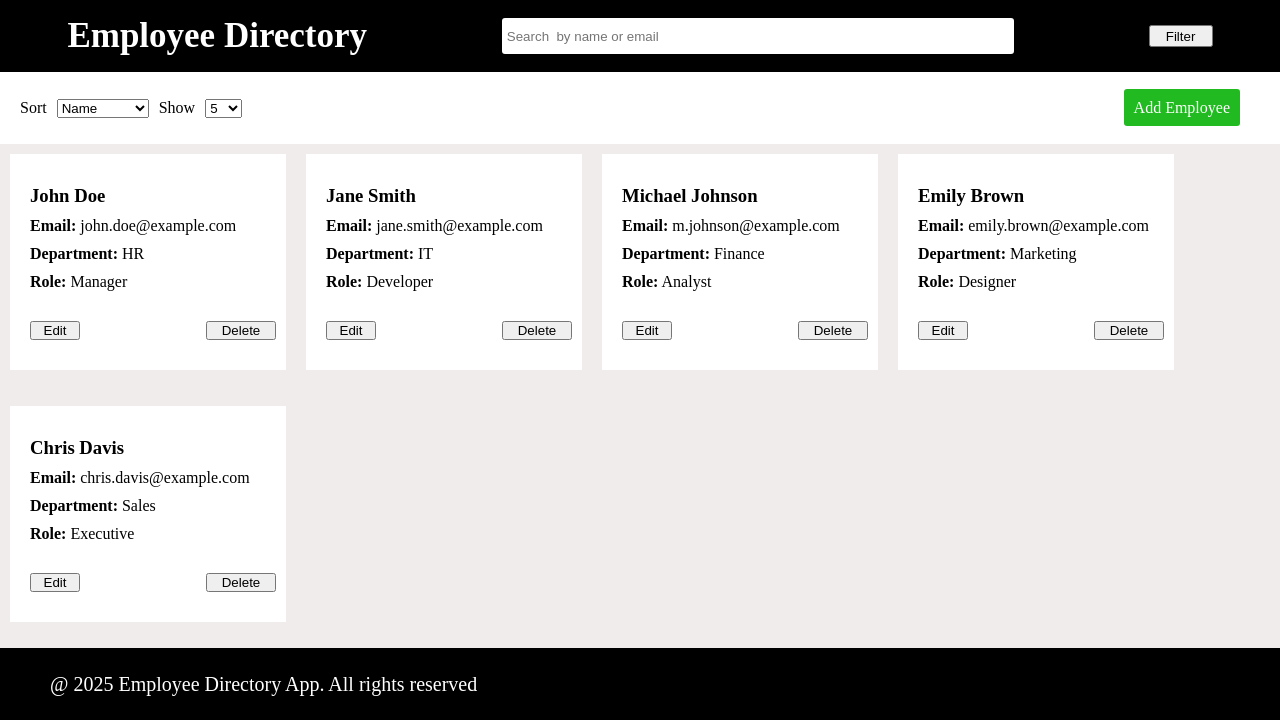
Repository: jagadeeshmeesala11/Ajackus_Frontend
Page: src/main/resources/templates/index.html
The author's editor kept a copy of each file at every save. The page is drawn from the files as they stood at one save, then again after the next save.
The browser window is 1280 px wide. The pictures show the whole page.

Above is the page before, as saved 2025-07-12 11:40:11.

After the next save:
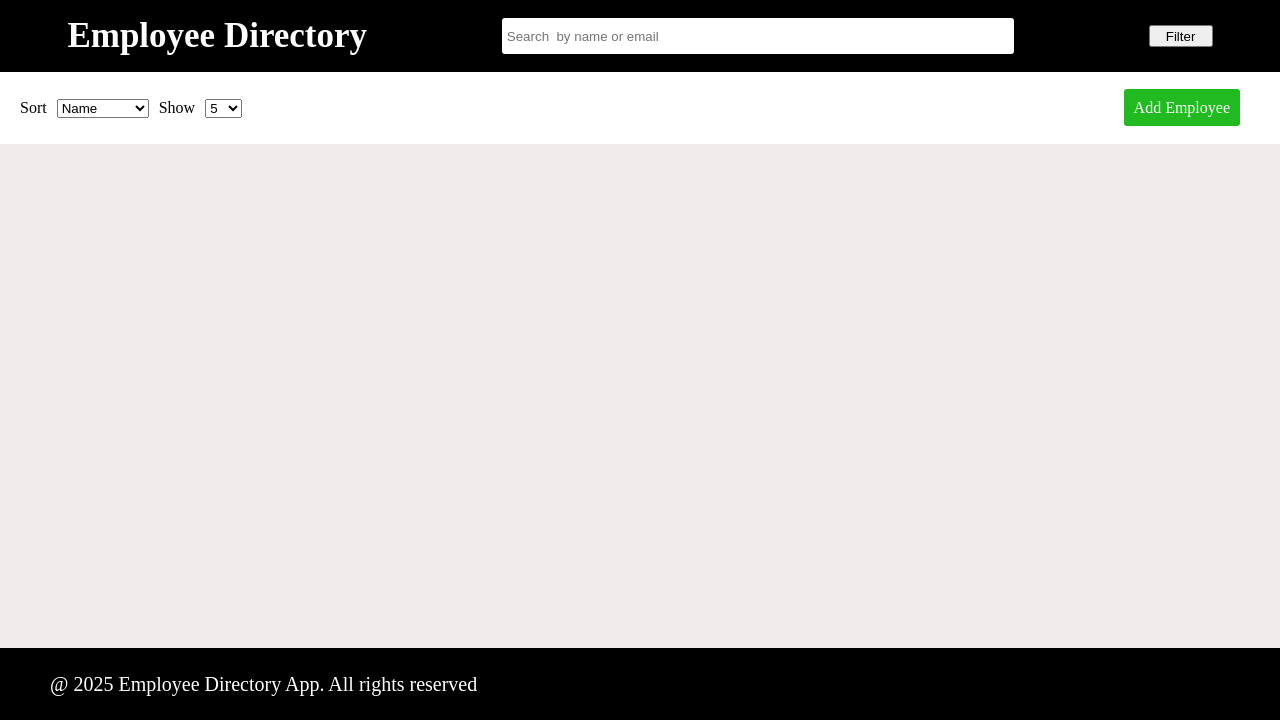
Console error: SyntaxError: Unexpected token '==='
Saved 14 s later.
--- a/src/main/resources/templates/static/js/dashBoard.js
+++ b/src/main/resources/templates/static/js/dashBoard.js
@@ -40,7 +40,7 @@
 })
 
 applyBtn.addEventListener('click', () => {
-  const filteredEmployees = currentEmployees.filter(employee => employee.firstName === firstNameInput.value && employee.department === departmentInput.value && employee.role === roleInput.value);
+  const filteredEmployees = currentEmployees.filter(employee => employee.firstName. === firstNameInput.value && employee.department === departmentInput.value && employee.role === roleInput.value);
   renderDashboard(filteredEmployees);
 });
 

After the save that followed:
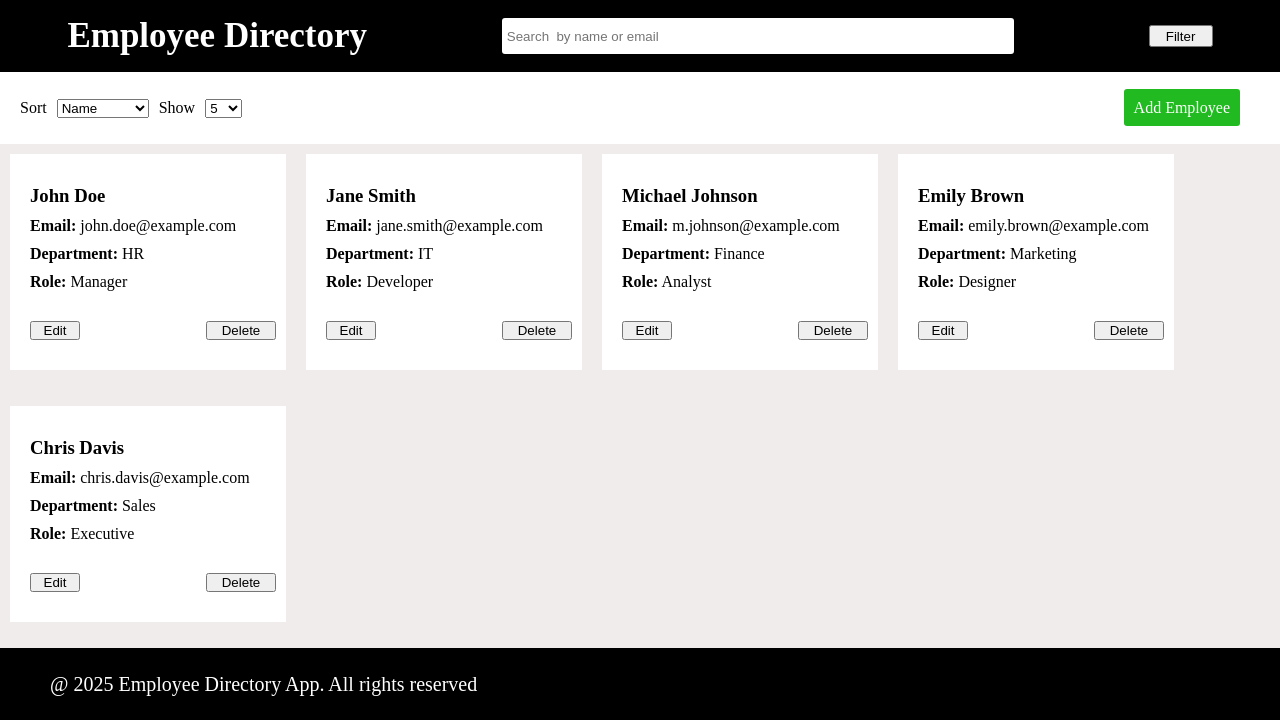
The error is gone.
Saved 4 s later.
--- a/src/main/resources/templates/static/js/dashBoard.js
+++ b/src/main/resources/templates/static/js/dashBoard.js
@@ -40,7 +40,7 @@
 })
 
 applyBtn.addEventListener('click', () => {
-  const filteredEmployees = currentEmployees.filter(employee => employee.firstName. === firstNameInput.value && employee.department === departmentInput.value && employee.role === roleInput.value);
+  const filteredEmployees = currentEmployees.filter(employee => employee.firstName.toLowerCase() === firstNameInput.value && employee.department === departmentInput.value && employee.role === roleInput.value);
   renderDashboard(filteredEmployees);
 });
 
